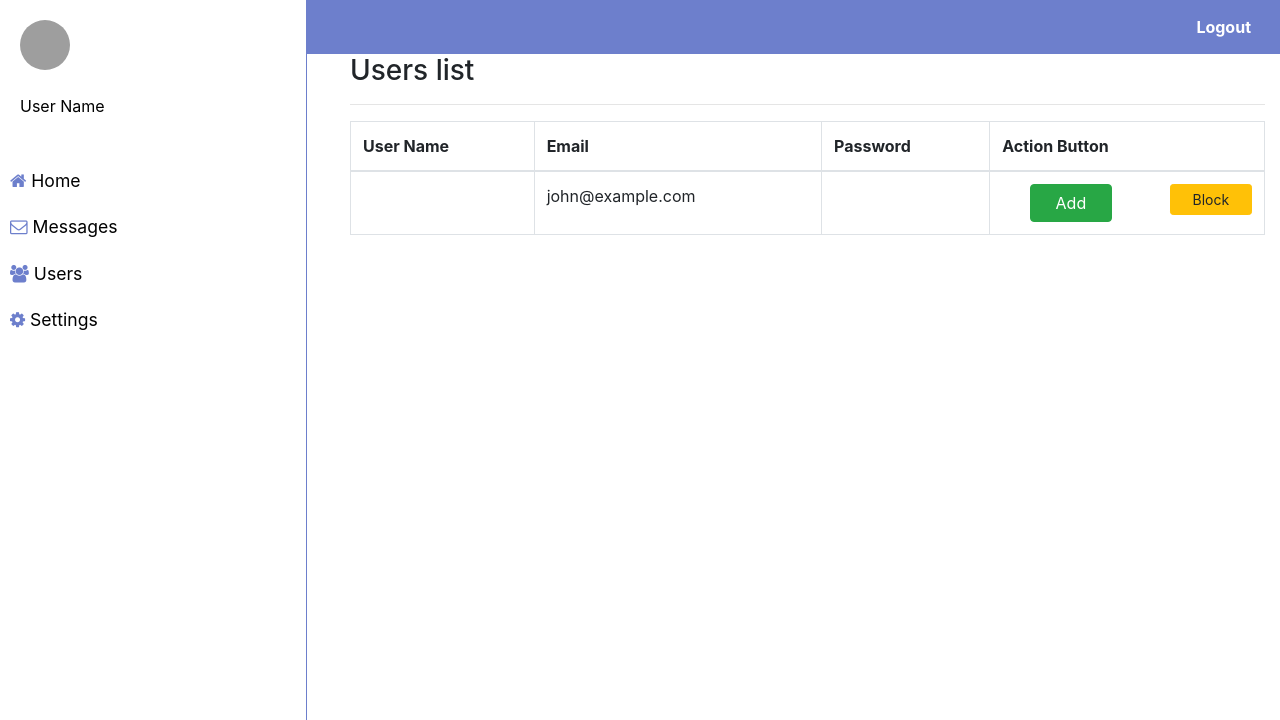
Repository: Evelyn-kate/chatapp-frontend-backend
Page: /users (app in my-app/)
The author's editor kept a copy of each file at every save. The page is drawn from the files as they stood at one save, then again after the next save.
The browser window is 1280 px wide. The pictures show the whole page.
Pictures or frames that could not be fetched are drawn as grey boxes. Some web libraries are served in a nearby version. The project was rebuilt for these pictures with package versions that can differ from the ones it lists, and the page was loaded fresh each time. Also part of the build but not shown: my-app/src/components/WelcomeComponent.jsx, my-app/src/components/LoginComponent.jsx, my-app/src/components/WelcomedComponent.jsx, my-app/src/components/SettingsComponent.jsx, my-app/src/components/MessageComponent.jsx, my-app/src/components/AddComponent.jsx.

Above is the page before, as saved 2020-11-13 16:06:08.

After the next save:
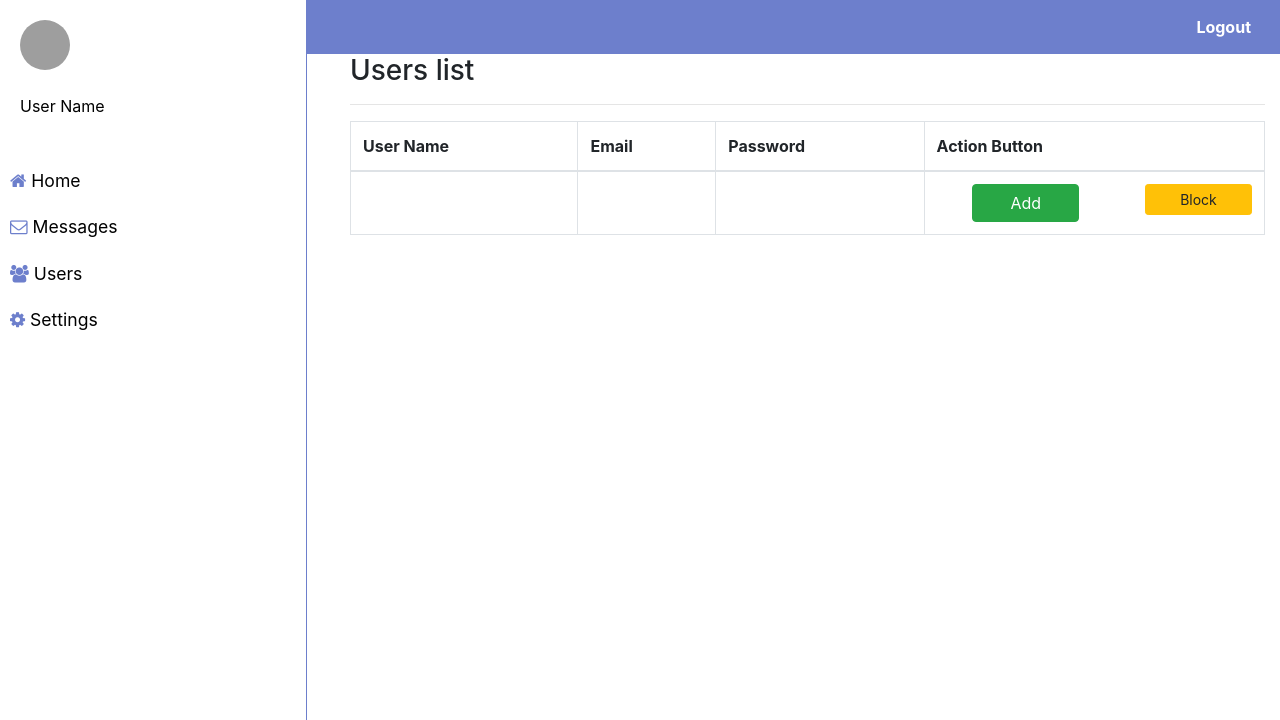
Saved 106 min 27 s later.
--- a/my-app/src/components/UserComponent.jsx
+++ b/my-app/src/components/UserComponent.jsx
@@ -51,7 +51,7 @@ class UserComponent extends React.Component {
                                             <tbody>
                                                 <tr>
                                                     <td></td>
-                                                    <td>john@example.com</td>
+                                                    <td></td>
                                                     <td></td>
                                                     <td>
                                                         <div className="row">
